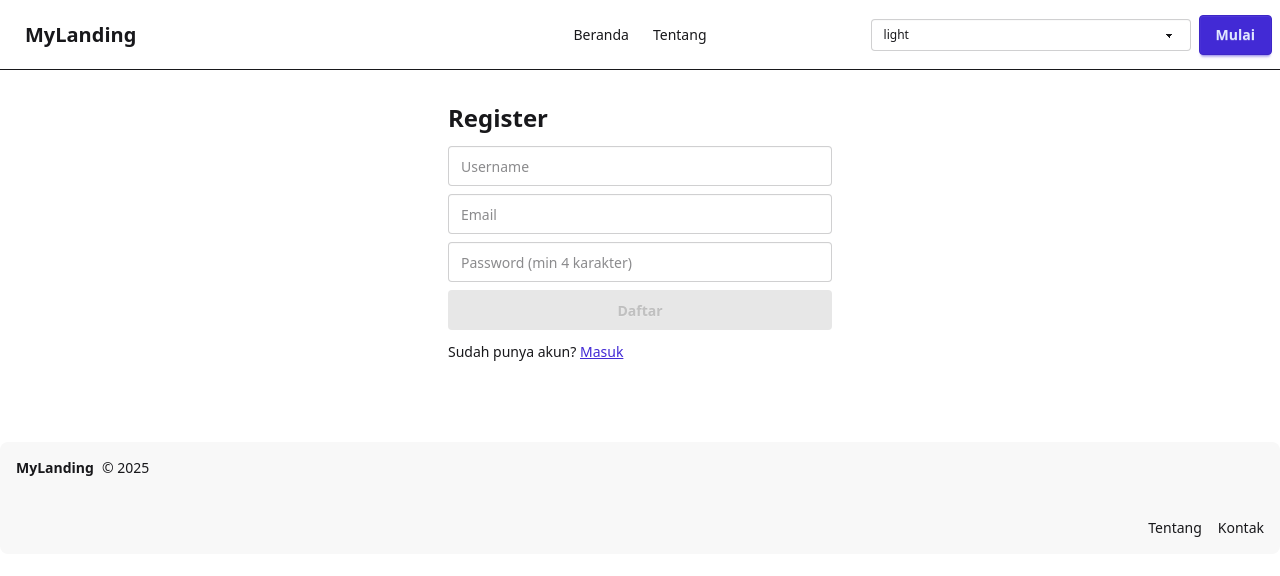
Repository: khulqu15/reactjs-learn
Page: /register (app in day3/)
These files come from the project's save history. The page is drawn as it stood at one moment and after the next save; the edit follows.
The browser window is 1280 px wide. The pictures show the whole page.
The project was rebuilt for these pictures with package versions that can differ from the ones it lists, and the page was loaded fresh each time. Also part of the build but not shown: day3/vite.config.js, day3/src/components/Hero.jsx, day3/src/pages/Home.jsx, day3/src/pages/About.jsx, day3/src/routes/ProtectedRoute.jsx, day3/src/pages/Login.jsx, day3/src/pages/Weather.jsx.

Above is the page before, as saved 2025-09-25 00:44:52.

After the next save:
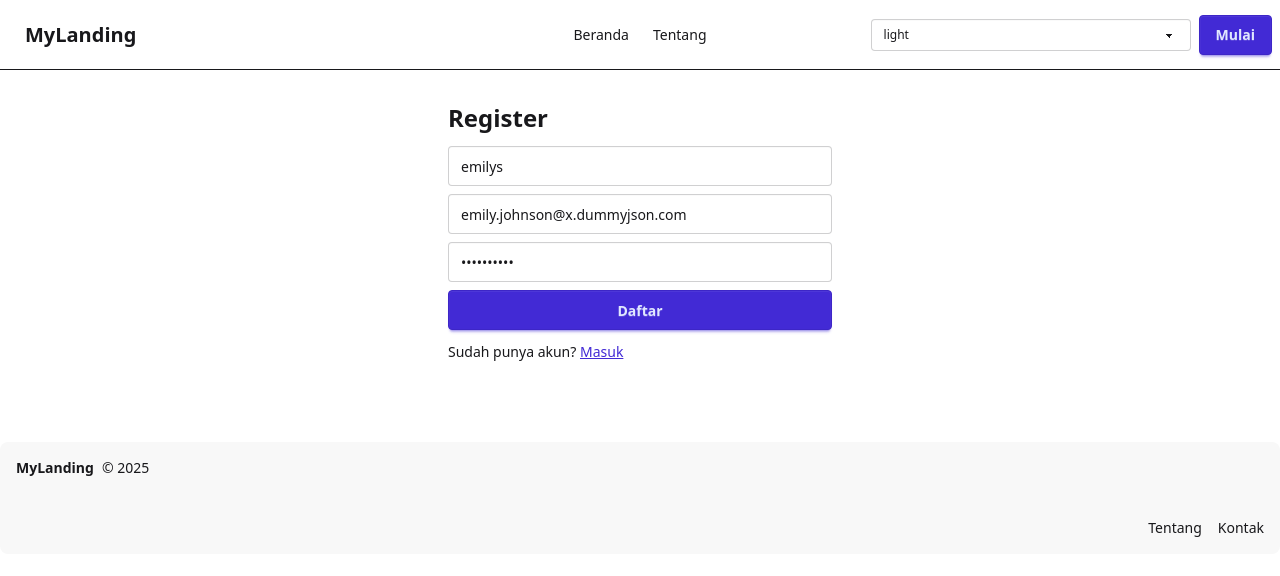
Saved 27 s later.
--- a/day3/src/pages/Register.jsx
+++ b/day3/src/pages/Register.jsx
@@ -5,9 +5,9 @@ import { useAuth } from "../context/AuthContext";
 import { useNavigate, Link } from "react-router-dom";
 
 export default function Register() {
-  const [username, setUsername] = useState("");
-  const [email, setEmail] = useState("");   // contoh yg didukung reqres
-  const [password, setPassword] = useState("");         // contoh reqres
+  const [username, setUsername] = useState("emilys");
+  const [email, setEmail] = useState("emily.johnson@x.dummyjson.com");
+  const [password, setPassword] = useState("emilyspass");
   const [loading, setLoading] = useState(false);
   const [err, setErr] = useState("");
   const { login } = useAuth();
